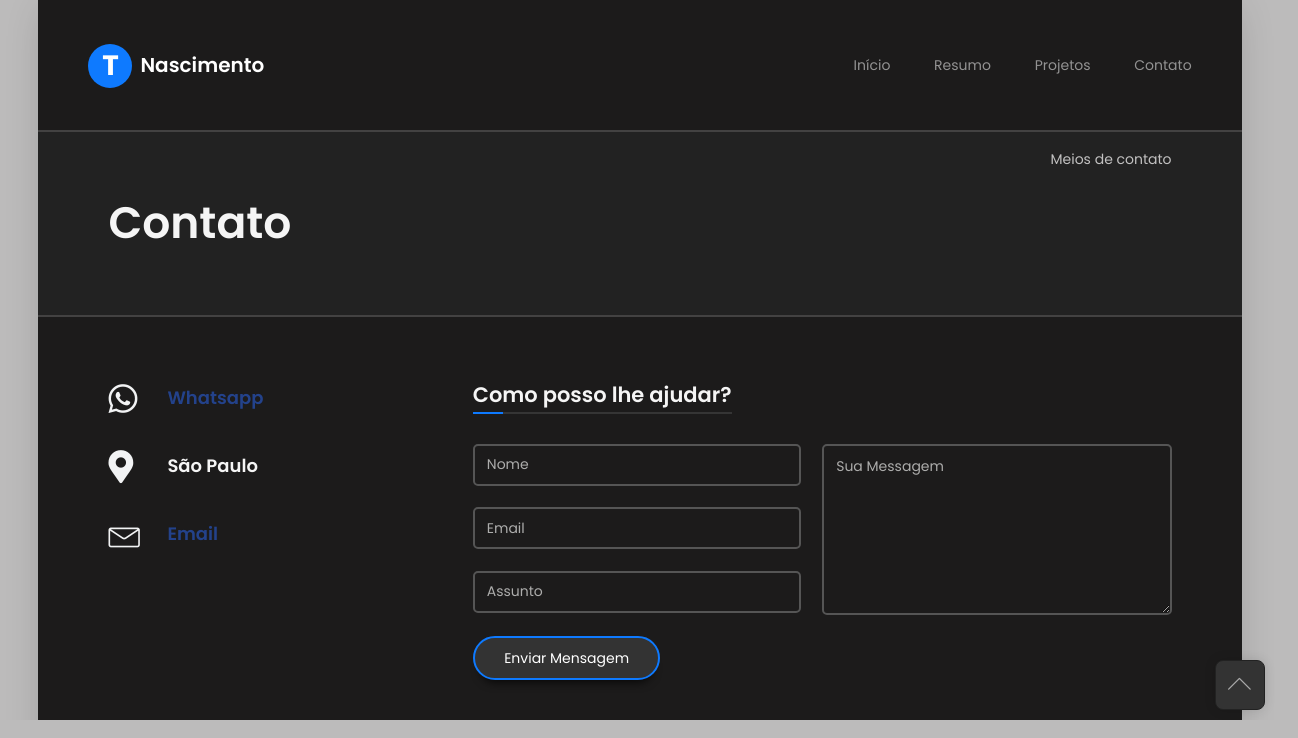
Repository: thmedu/Portfolio
Page: contact.html
The author's editor kept a copy of each file at every save. The page is drawn from the files as they stood at one save, then again after the next save.
The browser window is 1280 px wide. The page is 1298 px wide, so the pictures cover 1298 px, including what lies to the right of the window. The pictures show the whole page.
An inner scrolling area shows only its first screen.

Above is the page before, as saved 2024-06-01 19:14:47.
Console error: ReferenceError: google is not defined

### contact.html
<!DOCTYPE html>
<html lang="pt-br" class="no-js">

<head>
    <meta charset="UTF-8" />
    <meta http-equiv="X-UA-Compatible" content="IE=edge">
    <title>Contato</title>
    <meta name="viewport" content="width=device-width, initial-scale=1.0, maximum-scale=1.0, user-scalable=no">
    <meta name="description" content="Leven - Resume / CV / vCard Template" />
    <meta name="keywords" content="vcard, responsive, retina, resume, jquery, css3, bootstrap, portfolio" />
    <meta name="author" content="Thomas" />
    <link rel="shortcut icon" href="./img/icones/dev-community-icon.svg">
    <link rel="stylesheet" href="https://cdnjs.cloudflare.com/ajax/libs/font-awesome/5.15.4/css/all.min.css">
    <link rel="stylesheet" href="./css/normalize.css" type="text/css">
    <link rel="stylesheet" href="./css/bootstrap.min.css" type="text/css">
    <link rel="stylesheet" href="./css/owl.carousel.css" type="text/css">
    <link rel="stylesheet" href="./css/magnific-popup.css" type="text/css">
    <link rel="stylesheet" href="./css/main.css" type="text/css">
    <script src="./js/modernizr.custom.js"></script>
</head>

<body class="page">

    <div class="lm-animated-bg"></div>

    <!-- Loading animation -->
    <div class="preloader">
        <div class="preloader-animation">
            <div class="preloader-spinner">
            </div>
        </div>
    </div>
    <!-- /Loading animation -->

    <!-- Scroll To Top Button -->
    <div class="lmpixels-scroll-to-top"><i class="lnr lnr-chevron-up"></i></div>
    <!-- /Scroll To Top Button -->

    <div class="page-scroll">
        <div id="page_container" class="page-container bg-move-effect" data-animation="transition-flip-in-right">

            <!-- Cabeçalho -->
            <header id="site_header" class="header">
                <div class="header-content clearfix">

                    <!-- Logotipo de texto -->
                    <div class="text-logo">
                        <a href="index.html">
                            <div class="logo-symbol">T</div>
                            <div class="logo-text">Nascimento</div>
                        </a>
                    </div>
                    <!-- /Logotipo de texto -->

                    <!-- Navegação -->
                    <div class="site-nav mobile-menu-hide">
                        <ul class="leven-classic-menu site-main-menu">
                            <li class="menu-item">
                                <a href="index.html">Início</a>
                            </li>
                            <li class="menu-item">
                                <a href="resumo.html">Resumo</a>
                            </li>
                            <li class="menu-item">
                                <a href="portfolio.html">Projetos</a>
                            </li>
                            <li class="menu-item">
                                <a href="contact.html">Contato</a>
                            </li>
                        </ul>
                    </div>

                    <!-- Alternador de menu móvel -->
                    <a class="menu-toggle mobile-visible">
                        <i class="fa fa-bars"></i>
                    </a>
                </div>
            </header>

            <div id="main" class="site-main">
                <div id="main-content" class="single-page-content">
                    <div id="primary" class="content-area">

                        <div class="page-title">
                            <h1>Contato</h1>
                            <div class="page-subtitle">
                                <h4>Meios de contato</h4>
                            </div>
                        </div>

                        <div id="content" class="page-content site-content single-post" role="main">

                            <div class="row">
                                <div class=" col-xs-12 col-sm-4 ">

                                    <div id="info_list_1" class="info-list-w-icon">

                                        <div class="info-block-w-icon">
                                            <div class="ci-icon">
                                                <i class="fab fa-whatsapp"></i> <!-- Ícone do WhatsApp -->
                                            </div>
                                            <div class="ci-text">
                                                <h4><a href="https://web.whatsapp.com/" target="_blank">Whatsapp</a></h4>
                                                <p></p>

                                            </div>
                                        </div>
                                        <div class="info-block-w-icon">
                                            <div class="ci-icon">
                                                <i class="fas fa-map-marker-alt"></i> <!-- Ícone de localização -->
                                            </div>
                                            <div class="ci-text">
                                                <h4>São Paulo</h4>
                                                <p></p>
                                            </div>
                                        </div>

                                        <div class="info-block-w-icon">
                                            <div class="ci-icon">
                                                <i class="lnr lnr-envelope"></i>
                                            </div>
                                            <div class="ci-text">
                                                <h4><a href="https://outlook.live.com/mail/0/" class="__cf_email__"
                                                        data-cfemail="f199949d9d9eb19489909c819d94df929e9c">Email</a></h4>
                                                <p></p>
                                            </div>
                                        </div>
                                    </div>

                                </div>

                                <div class=" col-xs-12 col-sm-8 ">

                                    <div class="block-title">
                                        <h2>Como posso lhe ajudar?</h2>
                                    </div>

                                    <form id="contact_form" class="contact-form" action="#" method="post">

                                        <div class="messages"></div>

                                        <div class="controls two-columns">
                                            <div class="fields clearfix">
                                                <div class="left-column">
                                                    <div class="form-group form-group-with-icon">
                                                        <input id="form_name" type="text" name="name" class="form-control" placeholder="Nome" required="required" data-error="Name is required.">
                                                        <div class="form-control-border"></div>
                                                        <div class="help-block with-errors"></div>
                                                    </div>

                                                    <div class="form-group form-group-with-icon">
                                                        <input id="form_email" type="email" name="email" class="form-control" placeholder="Email" required="required" data-error="Valid email is required.">
                                                        <div class="form-control-border"></div>
                                                        <div class="help-block with-errors"></div>
                                                    </div>

                                                    <div class="form-group form-group-with-icon">
                                                        <input id="form_name" type="text" name="subject" class="form-control" placeholder="Assunto" required="required" data-error="Subject is required.">
                                                        <div class="form-control-border"></div>
                                                        <div class="help-block with-errors"></div>
                                                    </div>
                                                </div>
                                                <div class="right-column">
                                                    <div class="form-group form-group-with-icon">
                                                        <textarea id="form_message" name="message" class="form-control" placeholder="Sua Messagem" rows="7" required="required" data-error="Please, leave me a message."></textarea>
                                                        <div class="form-control-border"></div>
                                                        <div class="help-block with-errors"></div>
                                                    </div>
                                                </div>
                                            </div>

                                            <input type="submit" class="button btn-send disabled" value="Enviar Mensagem">
                                        </div>
                                    </form>

                                </div>

                            </div>

                        </div>
                    </div>
                </div>
            </div>

            <!-- Footer -->
            <footer class="site-footer clearfix">
                <div class="footer-social">
                    <ul class="footer-social-links">
                        <li>
                            <a href="https://www.facebook.com/" target="_blank"><i class="fab fa-facebook-f" style="color: #0E7AFF;"></i></a>
                        </li>
                        <li>
                            <a href="https://twitter.com/" target="_blank"><i class="fab fa-twitter" style="color: #0E7AFF;"></i></a>
                        </li>
                        <li>
                            <a href="https://dribbble.com/" target="_blank"><i class="fab fa-dribbble" style="color: #0E7AFF;"></i></a>
                        </li>
                    </ul>
                </div>

                <div class="footer-copyrights">
                    <p>© 2024 Todos os direitos reservados. Thomas.</p>
                </div>
            </footer>
            <!-- /Footer -->

        </div>
    </div>
    <script src="js/jquery-2.1.3.min.js"></script>
    <script src="js/imagesloaded.pkgd.min.js"></script>
    <script src='../../../../www.google.com/recaptcha/api.js'></script>
    <script src="js/bootstrap.min.js"></script>
    <script src='js/jquery.shuffle.min.js'></script>
    <script src='js/masonry.pkgd.min.js'></script>
    <script src='js/owl.carousel.min.js'></script>
    <script src="js/jquery.magnific-popup.min.js"></script>
    <script src="js/jquery.googlemap.js"></script>
    <script src="js/validator.js"></script>
    <script src="js/main.js"></script>
    <script src="./js/contato.js"></script>
</body>

</html>

### css/owl.carousel.css
/* Owl Carousel */
.owl-carousel {
    display: none;
    width: 100%;
    position: relative;
    z-index: 1;
  }

  .owl-carousel .owl-stage {
    position: relative;
  }

  .owl-carousel .owl-stage:after {
    content: ".";
    display: block;
    clear: both;
    visibility: hidden;
    line-height: 0;
    height: 0;
  }

  .owl-carousel .owl-stage-outer {
    position: relative;
    overflow: hidden;
    transform: translate3d(0px, 0px, 0px);
  }

  .owl-carousel .owl-item {
    position: relative;
    min-height: 1px;
    float: left;
  }

  .owl-carousel .owl-item img {
    display: block;
    width: 100%;
  }

  .owl-carousel .owl-nav.disabled,
  .owl-carousel .owl-dots.disabled {
    display: none;
  }

  .owl-carousel .owl-nav .owl-prev,
  .owl-carousel .owl-nav .owl-next,
  .owl-carousel .owl-dot {
    cursor: pointer;
    user-select: none;
  }

  .owl-carousel.owl-loaded {
    display: block;
    opacity: 1;
  }

  .owl-carousel.owl-loading {
    opacity: 0;
    display: block;
  }

  .owl-carousel.owl-hidden {
    opacity: 0;
  }

  .owl-carousel.owl-refresh .owl-item {
    visibility: hidden;
  }

  .owl-carousel.owl-drag .owl-item {
    user-select: none;
  }

  .owl-carousel.owl-grab {
    cursor: move;
    cursor: grab;
  }

  .owl-carousel.owl-rtl {
    direction: rtl;
  }

  .owl-carousel.owl-rtl .owl-item {
    float: right;
  }

  .owl-carousel .animated {
    animation-duration: 1000ms;
    animation-fill-mode: both;
  }

  .owl-carousel .owl-animated-in {
    z-index: 0;
  }

  .owl-carousel .owl-animated-out {
    z-index: 1;
  }

  .owl-carousel .fadeOut {
    animation-name: fadeOut;
  }

  @keyframes fadeOut {
    0% {
      opacity: 1;
    }
    100% {
      opacity: 0;
    }
  }

  /* Owl Carousel Custom */
  .owl-carousel .owl-item {
    opacity: 0;
    transform: scale(0.8);
    transition: opacity 0.5s ease, transform 0.5s ease;
  }

  .owl-carousel .owl-item.active {
    opacity: 1;
    transform: scale(1);
  }

Loaded but not shown: css/normalize.css (library); css/bootstrap.min.css (library); css/magnific-popup.css (library); js/modernizr.custom.js (library); js/jquery-2.1.3.min.js (library); js/imagesloaded.pkgd.min.js (library); js/bootstrap.min.js (library); js/jquery.shuffle.min.js (library); js/masonry.pkgd.min.js (library); js/owl.carousel.min.js (library); js/jquery.magnific-popup.min.js (library); js/jquery.googlemap.js (library); js/main.js (library); css/fonts/linear-icons-font/style.css (library); css/fonts/fontawesome-free-5.12.1-web/css/all.min.css (library); css/fonts/linecons/style.css (library); js/validator.js (135 lines, source omitted); js/contato.js (78 lines, source omitted); css/main.css (5783 lines, source omitted)

After the next save:
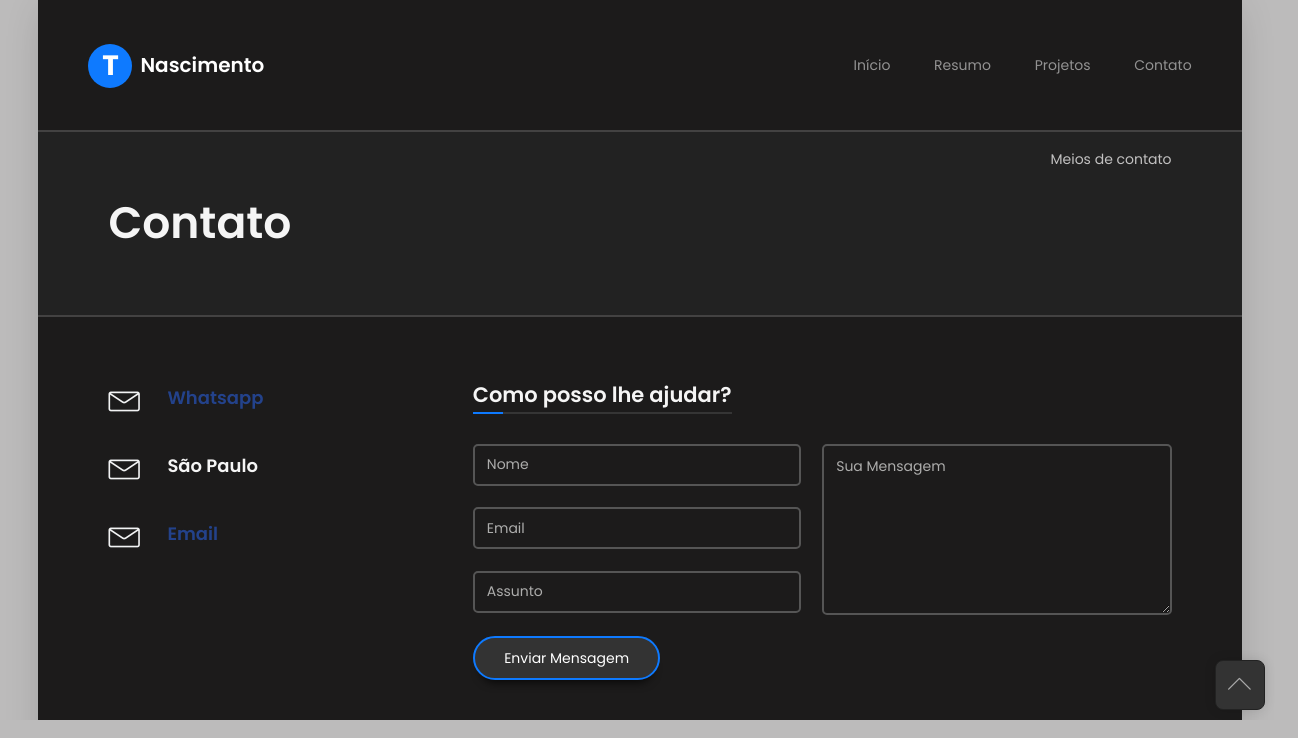
Saved 6 min 32 s later.
--- a/contact.html
+++ b/contact.html
@@ -10,7 +10,7 @@
     <meta name="keywords" content="vcard, responsive, retina, resume, jquery, css3, bootstrap, portfolio" />
     <meta name="author" content="Thomas" />
     <link rel="shortcut icon" href="./img/icones/dev-community-icon.svg">
-    <link rel="stylesheet" href="https://cdnjs.cloudflare.com/ajax/libs/font-awesome/5.15.4/css/all.min.css">
+
     <link rel="stylesheet" href="./css/normalize.css" type="text/css">
     <link rel="stylesheet" href="./css/bootstrap.min.css" type="text/css">
     <link rel="stylesheet" href="./css/owl.carousel.css" type="text/css">
@@ -75,6 +75,7 @@
                         <i class="fa fa-bars"></i>
                     </a>
                 </div>
+
             </header>
 
             <div id="main" class="site-main">
@@ -97,7 +98,7 @@
 
                                         <div class="info-block-w-icon">
                                             <div class="ci-icon">
-                                                <i class="fab fa-whatsapp"></i> <!-- Ícone do WhatsApp -->
+                                                <i class="lnr lnr-envelope"></i>
                                             </div>
                                             <div class="ci-text">
                                                 <h4><a href="https://web.whatsapp.com/" target="_blank">Whatsapp</a></h4>
@@ -107,7 +108,7 @@
                                         </div>
                                         <div class="info-block-w-icon">
                                             <div class="ci-icon">
-                                                <i class="fas fa-map-marker-alt"></i> <!-- Ícone de localização -->
+                                                <i class="lnr lnr-envelope"></i>
                                             </div>
                                             <div class="ci-text">
                                                 <h4>São Paulo</h4>
@@ -120,8 +121,7 @@
                                                 <i class="lnr lnr-envelope"></i>
                                             </div>
                                             <div class="ci-text">
-                                                <h4><a href="https://outlook.live.com/mail/0/" class="__cf_email__"
-                                                        data-cfemail="f199949d9d9eb19489909c819d94df929e9c">Email</a></h4>
+                                                <h4><a href="https://outlook.live.com/mail/0/" class="__cf_email__" data-cfemail="f199949d9d9eb19489909c819d94df929e9c">Email</a></h4>
                                                 <p></p>
                                             </div>
                                         </div>
@@ -155,14 +155,14 @@
                                                     </div>
 
                                                     <div class="form-group form-group-with-icon">
-                                                        <input id="form_name" type="text" name="subject" class="form-control" placeholder="Assunto" required="required" data-error="Subject is required.">
+                                                        <input id="form_subject" type="text" name="subject" class="form-control" placeholder="Assunto" required="required" data-error="Subject is required.">
                                                         <div class="form-control-border"></div>
                                                         <div class="help-block with-errors"></div>
                                                     </div>
                                                 </div>
                                                 <div class="right-column">
                                                     <div class="form-group form-group-with-icon">
-                                                        <textarea id="form_message" name="message" class="form-control" placeholder="Sua Messagem" rows="7" required="required" data-error="Please, leave me a message."></textarea>
+                                                        <textarea id="form_message" name="message" class="form-control" placeholder="Sua Mensagem" rows="7" required="required" data-error="Please, leave me a message."></textarea>
                                                         <div class="form-control-border"></div>
                                                         <div class="help-block with-errors"></div>
                                                     </div>
